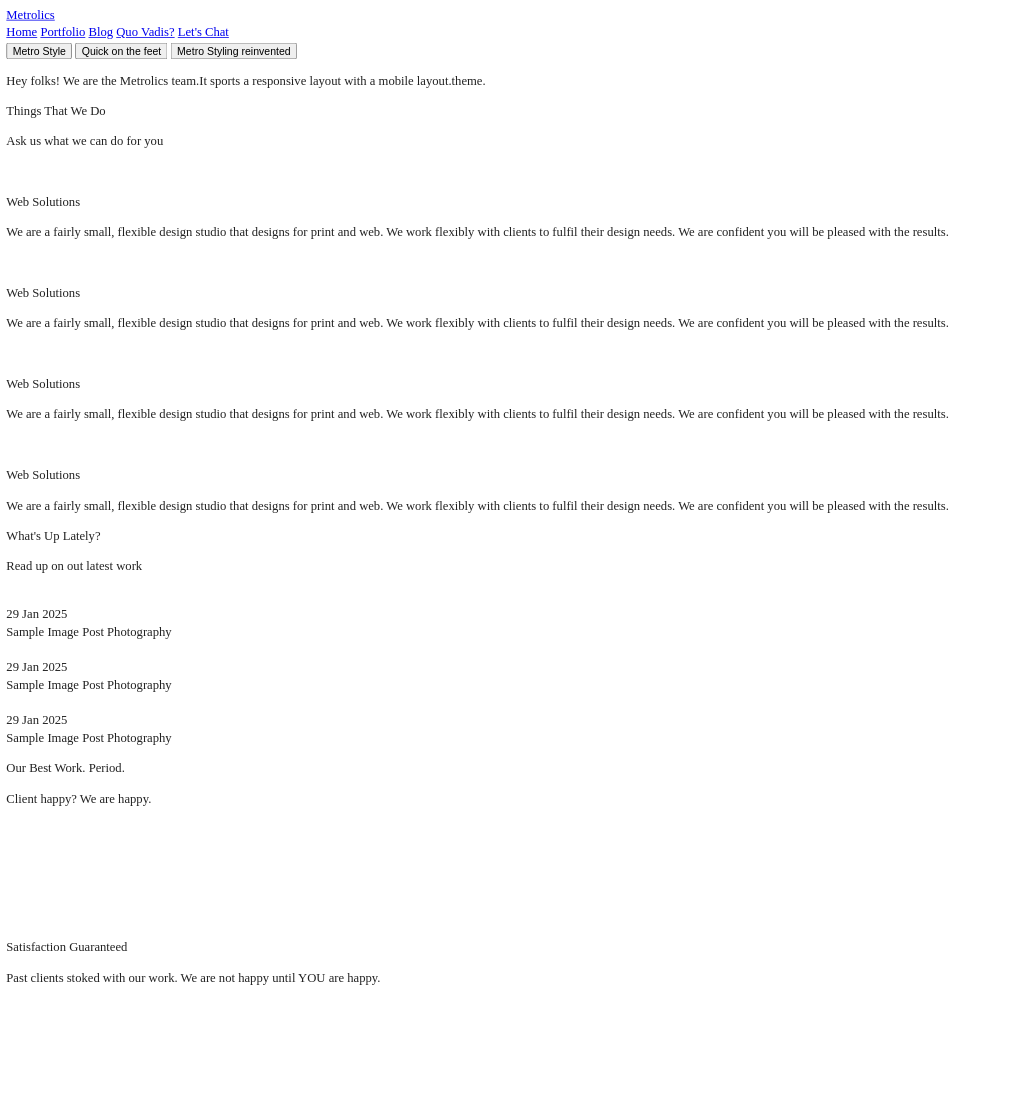
Repository: Angehyy/wk02_site
Page: index.html
An editor plug-in stored every save of this project. The page is shown before and after the next save, followed by the edit.
The browser window is 1280 px wide. The pictures show the whole page, at 79% of full size.

Above is the page before, as saved 2025-01-20 00:36:59.

### index.html
<!doctype html>
<html class="no-js" lang="">

<head>
  <meta charset="utf-8">
  <meta name="viewport" content="width=device-width, initial-scale=1">
  <title>Metrolics</title>
  <link rel="stylesheet" href="css/style.css">
  <meta name="description" content="Learn about Metrolics">

  <meta property="og:title" content="">
  <meta property="og:type" content="">
  <meta property="og:url" content="">
  <meta property="og:image" content="">
  <meta property="og:image:alt" content="">

  <link rel="icon" href="/favicon.ico" sizes="any">
  <link rel="icon" href="/icon.svg" type="image/svg+xml">
  <link rel="apple-touch-icon" href="icon.png">

  <link rel="manifest" href="site.webmanifest">
  <meta name="theme-color" content="#fafafa">
</head>

<body>
  <header>
    <div class="header">
      <a href="#default" class="">Metrolics</a>
      <div class="">
        <a href="#home">Home</a>
        <a href="#portfolio">Portfolio</a>
        <a href="#blog">Blog</a>
        <a href="#quovadis">Quo Vadis?</a>
        <a href="chat">Let's Chat</a>
      </div>
    </div>
  </header>

  <main>
    <div>
      <button class="">Metro Style</button>
      <button class="">Quick on the feet</button>
      <button class="">Metro Styling reinvented</button>
      <img src="" alt="">
    </div>

    <div class="">
      <p>Hey folks! We are the <span>Metrolics</span> team.It sports a responsive layout with a mobile layout.theme.</p>
    </div>

    <section class="">
      <p>Things That We Do</p>
      <p>Ask us what we can do for you</p>
    </section>

    <div class="flex-container">
      <div class="item">
        <img src="" alt="">
        <p class="">Web Solutions</p>
        <p>We are a fairly small, flexible design studio that designs for print and web. We work flexibly with clients to fulfil their design needs. We are confident you will be pleased with the results.</p>
      </div>

      <div class="item">
        <img src="" alt="">
        <p class="">Web Solutions</p>
        <p>We are a fairly small, flexible design studio that designs for print and web. We work flexibly with clients to fulfil their design needs. We are confident you will be pleased with the results.</p>
      </div>

      <div class="item">
        <img src="" alt="">
        <p class="">Web Solutions</p>
        <p>We are a fairly small, flexible design studio that designs for print and web. We work flexibly with clients to fulfil their design needs. We are confident you will be pleased with the results.</p>
      </div>

      <div class="item">
        <img src="" alt="">
        <p class="">Web Solutions</p>
        <p>We are a fairly small, flexible design studio that designs for print and web. We work flexibly with clients to fulfil their design needs. We are confident you will be pleased with the results.</p>
      </div>
    </div>

    <section class="">
      <p>What's Up Lately?</p>
      <p>Read up on out latest work</p>
    </section>

    <div class="flex-container">
      <div class="">
        <img src="" alt="">
        <div>
          <span class="date-top">29</span>
          <span class="month-bottom">Jan 2025</span>
        </div>
        <div class="description">
          <span class="">Sample Image Post</span>
          <span class="">Photography</span>
        </div>
      </div>
      <div class="">
        <img src="" alt="">
        <div>
          <span class="date-top">29</span>
          <span class="month-bottom">Jan 2025</span>
        </div>
        <div class="description">
          <span class="">Sample Image Post</span>
          <span class="">Photography</span>
        </div>
      </div>
      <div class="">
        <img src="" alt="">
        <div>
          <span class="date-top">29</span>
          <span class="month-bottom">Jan 2025</span>
        </div>
        <div class="description">
          <span class="">Sample Image Post</span>
          <span class="">Photography</span>
        </div>
      </div>
    </div>

    <section class="">
      <p>Our Best Work. Period.</p>
      <p>Client happy? We are happy.</p>
    </section>

    <div class="flex-container"></div>
      <div class="">
        <img src="" alt="">
      </div>
      <div class="">
        <img src="" alt="">
      </div>
      <div class="">
        <img src="" alt="">
      </div>
      <div class="">
        <img src="" alt="">
      </div>
      <div class="">
        <img src="" alt="">
      </div>
      <div class="">
        <img src="" alt="">
      </div>
    </div>

    <section>
      <p>Satisfaction Guaranteed</p>
      <p>Past clients stoked with our work. We are not happy until YOU are happy.</p>
    </section>

    <div class="flex-container">
      <div class="client" id="kirita">
        <span class="">
          <img src="" alt="">
        </span>
      </div>
      <div class="client" id="inkscape">
        <span class="">
          <img src="" alt="">
        </span>
      </div>
      <div class="client" id="godot">
        <span class="">
          <img src="" alt="">
        </span>
      </div>
      <div class="client" id="blender">
        <span class="">
          <img src="" alt="">
        </span>
      </div>
      <div class="client" id="penpot">
        <span class="">
          <img src="" alt="">
        </span>
      </div>
    </div>

  </main>

  <footer class="">
    <section>
      <div>
        <img src="" alt="">
        <p></p>
      </div>
    </section>
    <div class="">

    </div>

  </footer>

  <script src="js/app.js"></script>

</body>

</html>

### css/style.css
/*! HTML5 Boilerplate v9.0.1 | MIT License | https://html5boilerplate.com/ */

/* main.css 3.0.0 | MIT License | https://github.com/h5bp/main.css#readme */
/*
 * What follows is the result of much research on cross-browser styling.
 * Credit left inline and big thanks to Nicolas Gallagher, Jonathan Neal,
 * Kroc Camen, and the H5BP dev community and team.
 */

/* ==========================================================================
   Base styles: opinionated defaults
   ========================================================================== */

html {
  color: #222;
  font-size: 1em;
  line-height: 1.4;
}

/*
 * Remove text-shadow in selection highlight:
 * https://twitter.com/miketaylr/status/12228805301
 *
 * Customize the background color to match your design.
 */

::-moz-selection {
  background: #b3d4fc;
  text-shadow: none;
}

::selection {
  background: #b3d4fc;
  text-shadow: none;
}

/*
 * A better looking default horizontal rule
 */

hr {
  display: block;
  height: 1px;
  border: 0;
  border-top: 1px solid #ccc;
  margin: 1em 0;
  padding: 0;
}

/*
 * Remove the gap between audio, canvas, iframes,
 * images, videos and the bottom of their containers:
 * https://github.com/h5bp/html5-boilerplate/issues/440
 */

audio,
canvas,
iframe,
img,
svg,
video {
  vertical-align: middle;
}

/*
 * Remove default fieldset styles.
 */

fieldset {
  border: 0;
  margin: 0;
  padding: 0;
}

/*
 * Allow only vertical resizing of textareas.
 */

textarea {
  resize: vertical;
}

/* ==========================================================================
   Author's custom styles
   ========================================================================== */

/* ==========================================================================
   Helper classes
   ========================================================================== */

/*
 * Hide visually and from screen readers
 */

.hidden,
[hidden] {
  display: none !important;
}

/*
 * Hide only visually, but have it available for screen readers:
 * https://snook.ca/archives/html_and_css/hiding-content-for-accessibility
 *
 * 1. For long content, line feeds are not interpreted as spaces and small width
 *    causes content to wrap 1 word per line:
 *    https://medium.com/@jessebeach/beware-smushed-off-screen-accessible-text-5952a4c2cbfe
 */

.visually-hidden {
  border: 0;
  clip: rect(0, 0, 0, 0);
  height: 1px;
  margin: -1px;
  overflow: hidden;
  padding: 0;
  position: absolute;
  white-space: nowrap;
  width: 1px;
  /* 1 */
}

/*
 * Extends the .visually-hidden class to allow the element
 * to be focusable when navigated to via the keyboard:
 * https://www.drupal.org/node/897638
 */

.visually-hidden.focusable:active,
.visually-hidden.focusable:focus {
  clip: auto;
  height: auto;
  margin: 0;
  overflow: visible;
  position: static;
  white-space: inherit;
  width: auto;
}

/*
 * Hide visually and from screen readers, but maintain layout
 */

.invisible {
  visibility: hidden;
}

/*
 * Clearfix: contain floats
 *
 * The use of `table` rather than `block` is only necessary if using
 * `::before` to contain the top-margins of child elements.
 */

.clearfix::before,
.clearfix::after {
  content: "";
  display: table;
}

.clearfix::after {
  clear: both;
}

/* ==========================================================================
   EXAMPLE Media Queries for Responsive Design.
   These examples override the primary ('mobile first') styles.
   Modify as content requires.
   ========================================================================== */

@media only screen and (min-width: 35em) {
  /* Style adjustments for viewports that meet the condition */
}

@media print,
  (-webkit-min-device-pixel-ratio: 1.25),
  (min-resolution: 1.25dppx),
  (min-resolution: 120dpi) {
  /* Style adjustments for high resolution devices */
}

/* ==========================================================================
   Print styles.
   Inlined to avoid the additional HTTP request:
   https://www.phpied.com/delay-loading-your-print-css/
   ========================================================================== */

@media print {
  *,
  *::before,
  *::after {
    background: #fff !important;
    color: #000 !important;
    /* Black prints faster */
    box-shadow: none !important;
    text-shadow: none !important;
  }

  a,
  a:visited {
    text-decoration: underline;
  }

  a[href]::after {
    content: " (" attr(href) ")";
  }

  abbr[title]::after {
    content: " (" attr(title) ")";
  }

  /*
   * Don't show links that are fragment identifiers,
   * or use the `javascript:` pseudo protocol
   */
  a[href^="#"]::after,
  a[href^="javascript:"]::after {
    content: "";
  }

  pre {
    white-space: pre-wrap !important;
  }

  pre,
  blockquote {
    border: 1px solid #999;
    page-break-inside: avoid;
  }

  tr,
  img {
    page-break-inside: avoid;
  }

  p,
  h2,
  h3 {
    orphans: 3;
    widows: 3;
  }

  h2,
  h3 {
    page-break-after: avoid;
  }
}

Loaded but not shown: js/app.js (no stored copy; drawn as an empty file)

After the next save:
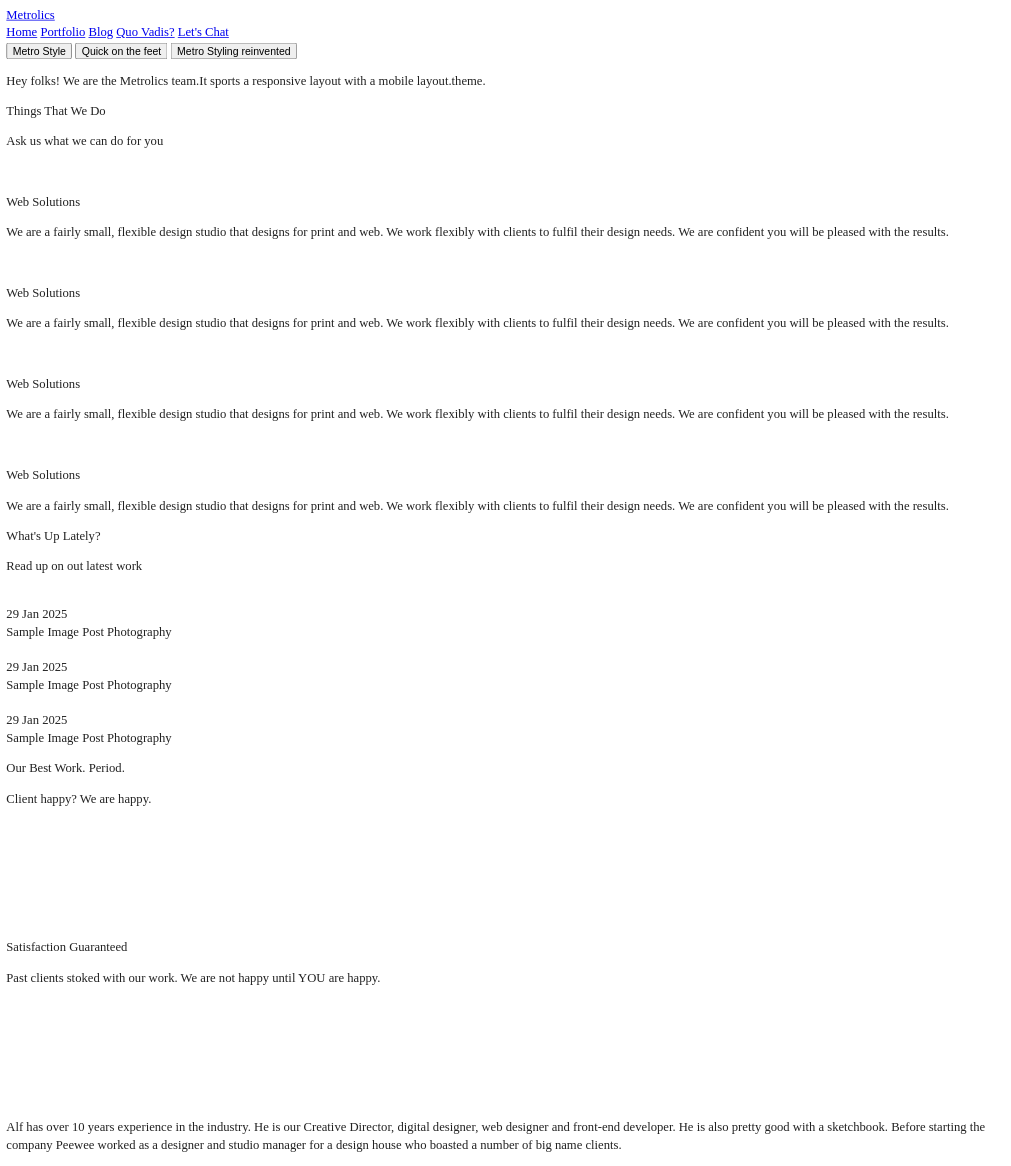
Saved 10 s later.
--- a/index.html
+++ b/index.html
@@ -185,7 +185,7 @@
     <section>
       <div>
         <img src="" alt="">
-        <p></p>
+        <p>Alf has over 10 years experience in the industry. He is our Creative Director, digital designer, web designer and front-end developer. He is also pretty good with a sketchbook. Before starting the company Peewee worked as a designer and studio manager for a design house who boasted a number of big name clients.</p>
       </div>
     </section>
     <div class="">
